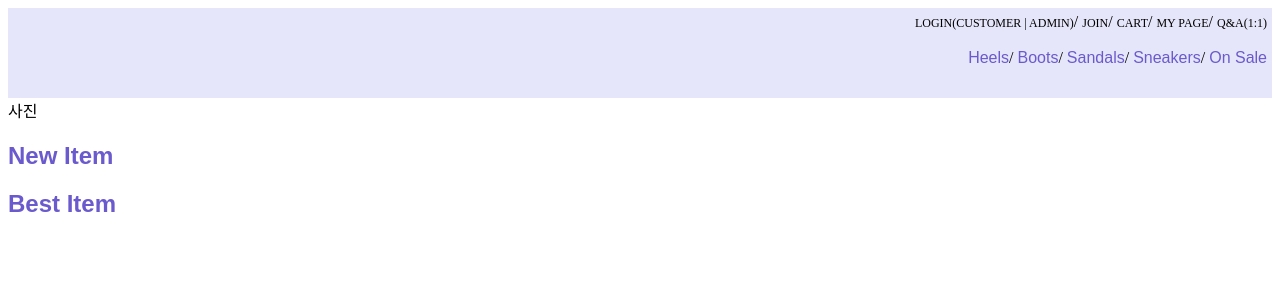
Repository: taeeun2/java_web
Page: http://localhost/webapp/include/Main.jsp
An editor plug-in stored every save of this project. The page is shown before and after the next save, followed by the edit.
The browser window is 1280 px wide. The pictures show the whole page.
Some web fonts or font styles are not loaded; a fallback is used. The page is served by Tomcat 9. Other server files are loaded and not shown.

Above is the page before, as saved 2021-09-28 07:58:10.

### webapp/WebContent/include/Main.jsp
<%@ page language="java" contentType="text/html; charset=EUC-KR"
    pageEncoding="EUC-KR"%>
<!DOCTYPE html>
<html>
<head>
<link rel="preconnect" href="https://fonts.googleapis.com">
<link rel="preconnect" href="https://fonts.gstatic.com" crossorigin>
<link href="https://fonts.googleapis.com/css2?family=Black+Han+Sans&display=swap" rel="stylesheet">
<meta charset="EUC-KR">
<title>Insert title here</title>
<style>
	h2{
	color : slateblue;
	font-family: 'Black Han Sans', sans-serif;
	}
</style>
</head>
<body>
<jsp:include page="../ShopingMall/Header.jsp"/>
<div>
	사진
</div>
<div>
<h2>New Item</h2>

</div>
<div>
<h2>Best Item</h2>
</div>
</body>
</html>

### webapp/WebContent/ShopingMall/Header.jsp
<%@ page language="java" contentType="text/html; charset=EUC-KR"
    pageEncoding="EUC-KR"%>
<!DOCTYPE html>
<html>
<head>
<link rel="preconnect" href="https://fonts.googleapis.com">
<link rel="preconnect" href="https://fonts.gstatic.com" crossorigin>
<link href="https://fonts.googleapis.com/css2?family=Yeon+Sung&display=swap" rel="stylesheet">

<link rel="preconnect" href="https://fonts.googleapis.com">
<link rel="preconnect" href="https://fonts.gstatic.com" crossorigin>
<link href="https://fonts.googleapis.com/css2?family=Black+Han+Sans&display=swap" rel="stylesheet">
<meta charset="EUC-KR">
<title>Insert title here</title>
<style>
	*{
	text-decoration: none;
	}
	.a1{
		color : black;
		font-size : 12px;
		font-family: 'Yeon Sung', cursive;
	}

	.a2{
		color : slateblue;
		font-family: 'Black Han Sans', sans-serif;
	}
</style>
</head>
<%-- session 추가하기 --%>
<body>
<div style="background-color:lavender;
 height:80px; padding : 5px;">
	<%--	if(userinfo!=null && userinfo.getId() !=null){--%>
	<%--	<span style="float:right;"><%--오른쪽 정렬--%>
	<%-- 	<%=userinfo.getName() %>--%>
		<span style="float:right;"><%--오른쪽 정렬--%>
		<a class = "a1" href = "#" >LOGIN(CUSTOMER | ADMIN)</a>/
		<a class = "a1" href = "#" >JOIN</a>/
		<a class = "a1" href = "#" >CART</a>/
		<a class = "a1" href = "#" >MY PAGE</a>/
		<a class = "a1" href = "#" >Q&A(1:1)</a>
	<%--} else{
			response.sendRedirect("/webapp/auth/LogInForm.jsp");

	--%><br><br>
		<span style="float:right;"><%--오른쪽 정렬--%>
		<a class = "a2" href = "#" >Heels</a>/
		<a class = "a2" href = "#" >Boots</a>/
		<a class = "a2" href = "#" >Sandals</a>/
		<a class = "a2" href = "#" >Sneakers</a>/
		<a class = "a2" href = "#" >On Sale</a>

	<%--<% } --%>
</div>
</body>
</html>

After the next save:
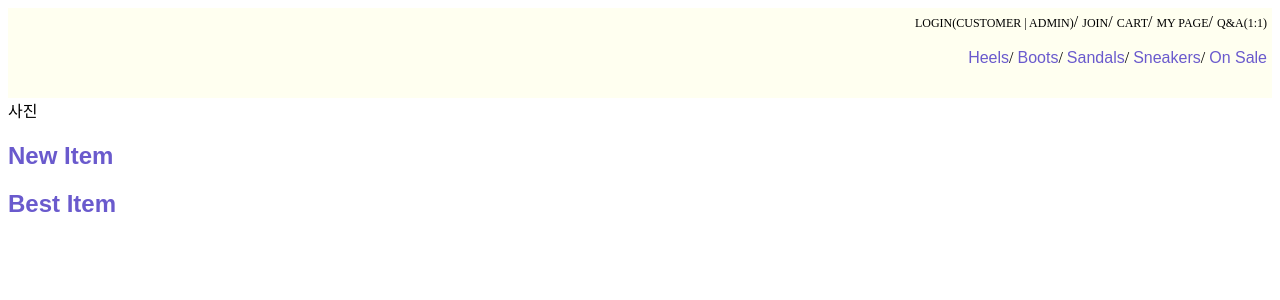
Saved 47 min 32 s later.
--- a/webapp/WebContent/ShopingMall/Header.jsp
+++ b/webapp/WebContent/ShopingMall/Header.jsp
@@ -30,7 +30,7 @@
 </head>
 <%-- session 추가하기 --%>
 <body>
-<div style="background-color:lavender;
+<div style="background-color:ivory;
  height:80px; padding : 5px;">
 	<%--	if(userinfo!=null && userinfo.getId() !=null){--%>
 	<%--	<span style="float:right;"><%--오른쪽 정렬--%>
